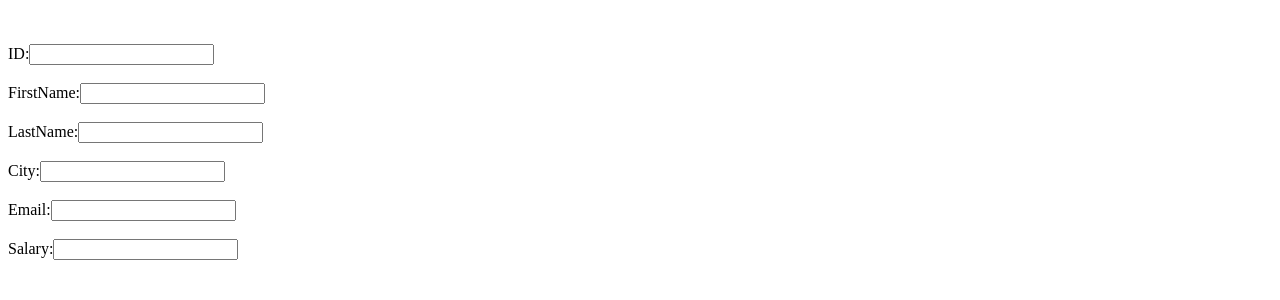
Repository: Ravikumarh6166/my-first-repo
Page: WebApps/src/main/webapp/Registration.html
An editor plug-in stored every save of this project. The page is shown before and after the next save, followed by the edit.
The browser window is 1280 px wide. The pictures show the whole page.

Above is the page before, as saved 2022-08-24 07:12:22.

### WebApps/src/main/webapp/Registration.html
<!DOCTYPE html>
<html>
<head>
<meta charset="UTF-8">
<title>Student Registration Form</title></br></br>
</head>
<body>
<form name="form1" action=>

ID:<input type="text" name="id"><br><br>
FirstName:<input type="text" name="fn"><br><br>
LastName:<input type="text" name="ln"><br><br>
City:<input type="text" name="city"><br><br>
Email:<input type="text" name="email"><br><br>
Salary:<input type="text" name="sal"><br><br>

</form>
</body>
</html>

After the next save:
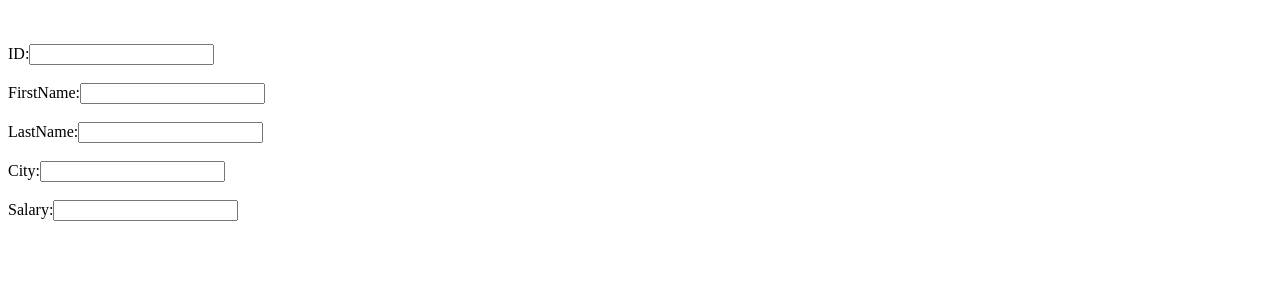
Saved 11 min 0 s later.
--- a/WebApps/src/main/webapp/Registration.html
+++ b/WebApps/src/main/webapp/Registration.html
@@ -11,7 +11,6 @@
 FirstName:<input type="text" name="fn"><br><br>
 LastName:<input type="text" name="ln"><br><br>
 City:<input type="text" name="city"><br><br>
-Email:<input type="text" name="email"><br><br>
 Salary:<input type="text" name="sal"><br><br>
 
 </form>
